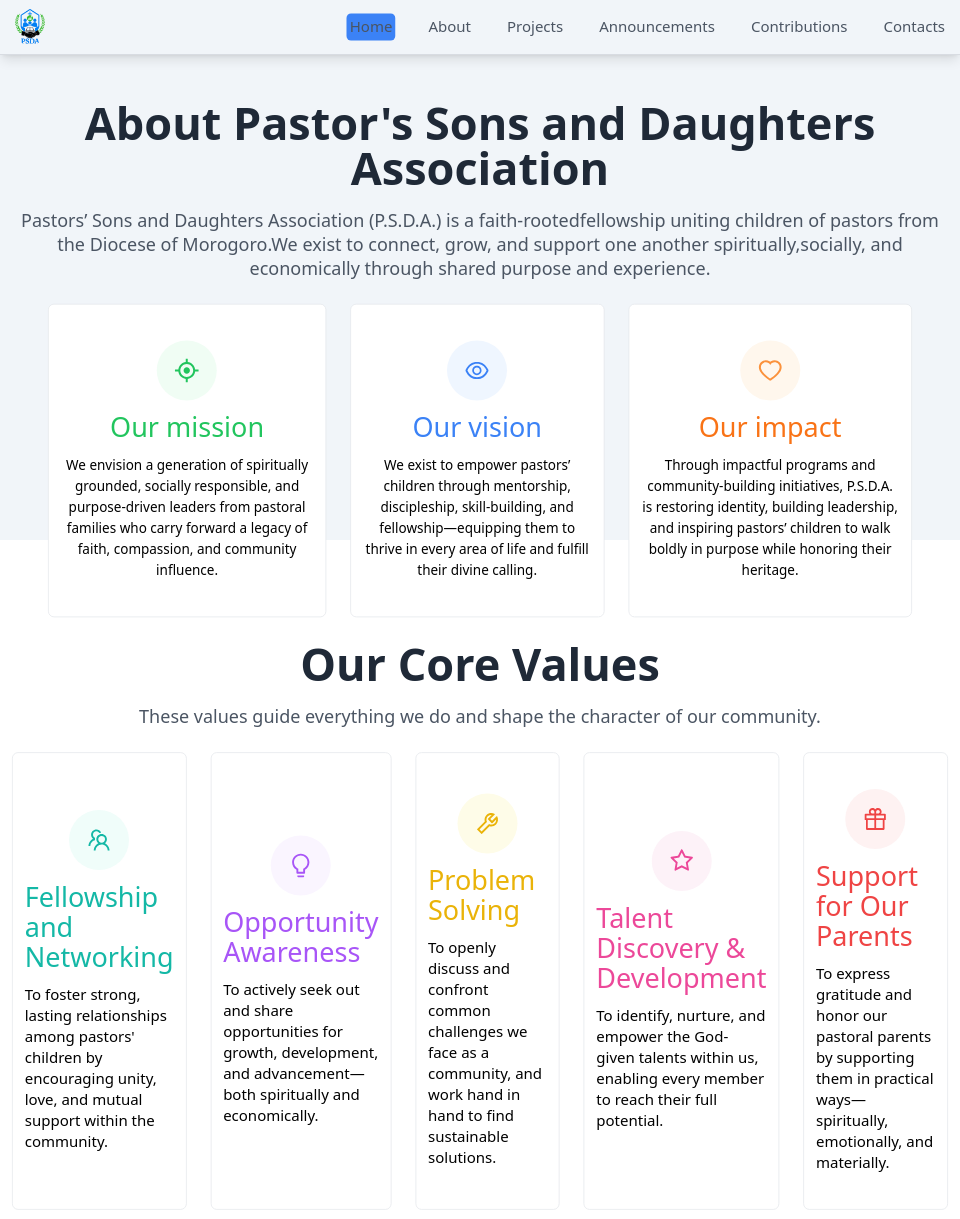
Repository: Zedestar/psda
Page: /about
These files come from the project's save history. The page is drawn as it stood at one moment and after the next save; the edit follows.
The browser window is 1280 px wide. The pictures show the whole page, at 75% of full size.
The project was rebuilt for these pictures with package versions that can differ from the ones it lists, and the page was loaded fresh each time. Also part of the build but not shown: src/pages/home/home.jsx, src/pages/projects/projects.jsx, src/pages/announcements/announcements.jsx, src/pages/contirbutions/contributions.jsx, src/pages/contacts/contacts.jsx.

Above is the page before, as saved 2025-07-19 09:39:54.

### src/index.js
import React from "react";
import ReactDOM from "react-dom/client";
import App from "./App";
import "./index.css";
import { BrowserRouter } from "react-router-dom";

const root = ReactDOM.createRoot(document.getElementById("root"));
root.render(
  <BrowserRouter>
    <React.StrictMode>
      <App />
    </React.StrictMode>
  </BrowserRouter>
);

### src/App.js
import { Route, Routes } from "react-router-dom";
import Header from "./components/header/header";
import Home from "./pages/home/home";
import AboutPage from "./pages/about/about";
import Projects from "./pages/projects/projects";
import Announcements from "./pages/announcements/announcements";
import Contributions from "./pages/contirbutions/contributions";
import Contacts from "./pages/contacts/contacts";

function App() {
  return (
    <div className="flex flex-col flex-center h-screen  bg-slate-100">
      <Header />
      <Routes>
        <Route path="/" element={<Home />} />
        <Route path="/about" element={<AboutPage />} />
        <Route path="/projects" element={<Projects />} />
        <Route path="/announcements" element={<Announcements />} />
        <Route path="/contributions" element={<Contributions />} />
        <Route path="/contact" element={<Contacts />} />
      </Routes>
    </div>
  );
}

export default App;

### src/components/header/header.jsx
import { useState } from "react";
import headerData from "./header-data";
import HeaderItem from "./header-item";
import psdaImage from "../../assets/images/psdaImage.png";

function Header() {
  const [active, setActive] = useState(1);
  return (
    <div className="w-full flex justify-center shadow-lg">
      <header className="w-full flex items-center justify-between px-4 py-3 border-b border-b-gray-300 max-w-screen-2xl">
        <div className="text-3xl rounded-full overflow-hidden">
          <img className="h-12 w-12" src={psdaImage} alt="" />
        </div>{" "}
        <ul className="hidden lg:flex justify-center space-x-10 flex-center">
          {headerData.map((item) => (
            <HeaderItem
              key={item.id}
              item={item}
              active={active}
              setActive={setActive}
            />
          ))}
        </ul>
        <ul className="lg:hidden">
          <li>miaaa</li>
          <li>miaaa</li>
          <li>miaaa</li>
          <li>miaaa</li>
          <li>miaaa</li>
        </ul>
      </header>
    </div>
  );
}

export default Header;

### src/pages/about/about.jsx
import PrimaryCard from "../../components/cards/primary-card";
import SecondaryCard from "../../components/cards/secondary-card";
import aboutUsData from "./about-us-data";
import core_objectives_data from "./core-objective-goals-data";
import mission_vission_impact_data from "./mission-vission-impact";

function AboutPage() {
  return (
    <div className="w-full h-full flex justify-center">
      <div className="w-full h-full py-10 max-w-screen-2xl flex flex-col items-center">
        <div className="flex flex-col m-5 space-y-6">
          <p className="text-center text-6xl font-semibold text-gray-800">
            About Pastor's Sons and Daughters Association
          </p>
          <p className="text-center text-gray-600 text-2xl">{aboutUsData}</p>
        </div>
        <div className="flex flex-col lg:flex-row items-center justify-around mx-12">
          {mission_vission_impact_data.map((item) => (
            <PrimaryCard item={item} />
          ))}
        </div>
        <div className="flex flex-col m-5 space-y-6">
          <p className="text-center text-6xl font-semibold text-gray-800">
            Our Core Values
          </p>
          <p className="text-center text-gray-600 text-2xl">
            These values guide everything we do and shape the character of our
            community.
          </p>
        </div>
        <div className="flex">
          {core_objectives_data.map((item) => (
            <SecondaryCard item={item} />
          ))}
        </div>
      </div>
    </div>
  );
}

export default AboutPage;

### src/components/header/header-data.js
const headerData = [
  {
    id: 1,
    content: "Home",
    link: "/",
  },
  {
    id: 2,
    content: "About",
    link: "/about",
  },
  {
    id: 3,
    content: "Projects",
    link: "/projects",
  },
  {
    id: 4,
    content: "Announcements",
    link: "/announcements",
  },
  {
    id: 5,
    content: "Contributions",
    link: "/contributions",
  },
  {
    id: 6,
    content: "Contacts",
    link: "/contact",
  },
];

export default headerData;

### src/components/header/header-item.jsx
import { Link } from "react-router-dom";

function HeaderItem({ item, active, setActive }) {
  console.log(active);
  return (
    <li
      className={`p-1 rounded-md text-xl text-gray-600 font-gray-100 hover:bg-gray-200 transition cursor-pointer ${
        item.id === active ? "bg-blue-500" : ""
      }`}
      onClick={() => setActive(item.id)}
    >
      <Link to={item.link}>{item.content}</Link>
    </li>
  );
}

export default HeaderItem;

### src/components/cards/primary-card.jsx
function PrimaryCard({ item }) {
  return (
    <div className="border flex flex-col justify-center mx-4 my-3 space-y-4 px-4 py-12 rounded-lg text-center max-w-lg hover:shadow-lg transition  bg-white">
      <div className="w-full flex items-center justify-center">
        <div
          className={`flex items-center justify-center rounded-full ${item.color} w-20 h-20`}
        >
          {item.icon}
        </div>
      </div>

      <p className={`text-4xl ${item.text_color}`}>{item.title}</p>
      <p className="text-lg ">{item.content}</p>
    </div>
  );
}

export default PrimaryCard;

### src/components/cards/secondary-card.jsx
function SecondaryCard({ item }) {
  return (
    <div className="border flex flex-col justify-center mx-4 my-3 space-y-4 px-4 py-12 rounded-lg text-start max-w-lg hover:shadow-lg transition  bg-white">
      <div className="w-full flex items-center justify-center">
        <div
          className={`flex items-center justify-center rounded-full ${item.color} w-20 h-20`}
        >
          {item.icon}
        </div>
      </div>

      <p className={`text-4xl ${item.text_color}`}>{item.title}</p>
      <p className="text-xl ">{item.content}</p>
    </div>
  );
}

export default SecondaryCard;

### src/pages/about/about-us-data.js
const aboutUsData =
  "Pastors’ Sons and Daughters Association (P.S.D.A.) is a faith-rootedfellowship uniting children of pastors from the Diocese of Morogoro.We exist to connect, grow, and support one another spiritually,socially, and economically through shared purpose and experience.";

export default aboutUsData;

### src/pages/about/core-objective-goals-data.js
import {
  AiOutlineTeam,
  AiOutlineBulb,
  AiOutlineTool,
  AiOutlineStar,
  AiOutlineGift,
} from "react-icons/ai";

const core_objectives_data = [
  {
    id: 1,
    title: "Fellowship and Networking",
    content:
      "To foster strong, lasting relationships among pastors' children by encouraging unity, love, and mutual support within the community.",
    icon: <AiOutlineTeam className="text-4xl text-teal-500" />,
    color: "bg-teal-50",
    text_color: "text-teal-500",
  },
  {
    id: 2,
    title: "Opportunity Awareness",
    content:
      "To actively seek out and share opportunities for growth, development, and advancement—both spiritually and economically.",
    icon: <AiOutlineBulb className="text-4xl text-purple-500" />,
    color: "bg-purple-50",
    text_color: "text-purple-500",
  },
  {
    id: 3,
    title: "Problem Solving",
    content:
      "To openly discuss and confront common challenges we face as a community, and work hand in hand to find sustainable solutions.",
    icon: <AiOutlineTool className="text-4xl text-yellow-500" />,
    color: "bg-yellow-50",
    text_color: "text-yellow-500",
  },
  {
    id: 4,
    title: "Talent Discovery & Development",
    content:
      "To identify, nurture, and empower the God-given talents within us, enabling every member to reach their full potential.",
    icon: <AiOutlineStar className="text-4xl text-pink-500" />,
    color: "bg-pink-50",
    text_color: "text-pink-500",
  },
  {
    id: 5,
    title: "Support for Our Parents",
    content:
      "To express gratitude and honor our pastoral parents by supporting them in practical ways—spiritually, emotionally, and materially.",
    icon: <AiOutlineGift className="text-4xl text-red-500" />,
    color: "bg-red-50",
    text_color: "text-red-500",
  },
];

export default core_objectives_data;

### src/pages/about/mission-vission-impact.js
import { AiOutlineAim, AiOutlineEye, AiOutlineHeart } from "react-icons/ai";

const mission_vission_impact_data = [
  {
    id: 1,
    title: "Our mission",
    content:
      "We envision a generation of spiritually grounded, socially responsible, and purpose-driven leaders from pastoral families who carry forward a legacy of faith, compassion, and community influence.",

    icon: <AiOutlineAim className="text-4xl text-green-500" />,
    color: "bg-green-50",
    text_color: "text-green-500",
  },
  {
    id: 2,
    title: "Our vision",
    content:
      "We exist to empower pastors’ children through mentorship, discipleship, skill-building, and fellowship—equipping them to thrive in every area of life and fulfill their divine calling.",
    icon: <AiOutlineEye className="text-4xl text-blue-500" />,
    color: "bg-blue-50",
    text_color: "text-blue-500",
  },
  {
    id: 3,
    title: "Our impact",
    content:
      "Through impactful programs and community-building initiatives, P.S.D.A. is restoring identity, building leadership, and inspiring pastors’ children to walk boldly in purpose while honoring their heritage.",
    icon: <AiOutlineHeart className="text-4xl text-orange-400" />,
    color: "bg-orange-50",
    text_color: "text-orange-500",
  },
];

export default mission_vission_impact_data;

### tailwind.config.js
/** @type {import('tailwindcss').Config} */
module.exports = {
  content: ["./src/**/*.{js,jsx,ts,tsx}"],
  theme: {
    extend: {
      colors: {
        psdaGreen: "#1A8F57",
      },
    },
  },
  plugins: [],
};

Loaded but not shown: public/index.html (common file); src/index.css (common file)

After the next save:
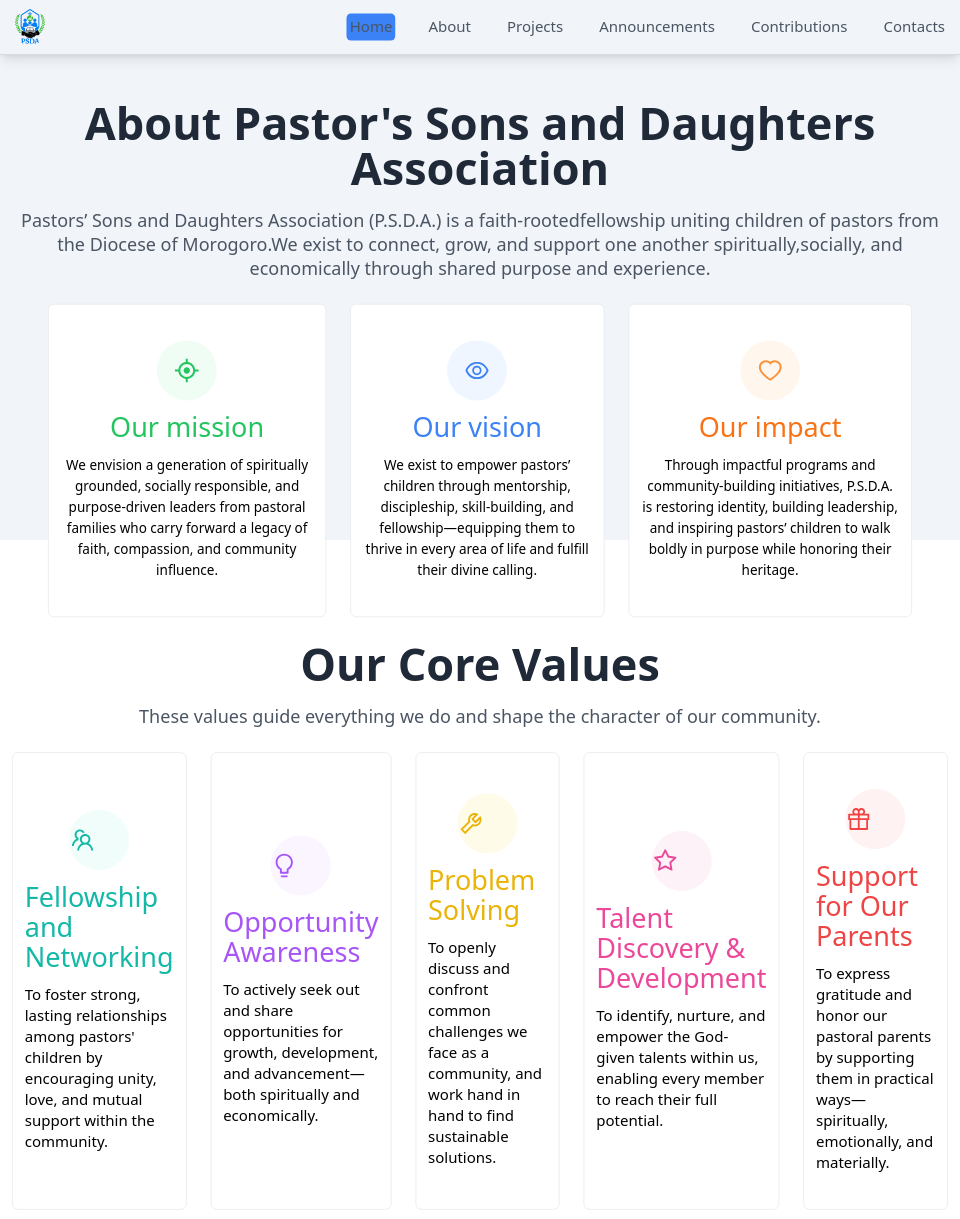
Saved 24 s later.
--- a/src/components/cards/secondary-card.jsx
+++ b/src/components/cards/secondary-card.jsx
@@ -3,7 +3,7 @@ function SecondaryCard({ item }) {
     <div className="border flex flex-col justify-center mx-4 my-3 space-y-4 px-4 py-12 rounded-lg text-start max-w-lg hover:shadow-lg transition  bg-white">
       <div className="w-full flex items-center justify-center">
         <div
-          className={`flex items-center justify-center rounded-full ${item.color} w-20 h-20`}
+          className={`flex items-center justify-start rounded-full ${item.color} w-20 h-20`}
         >
           {item.icon}
         </div>
